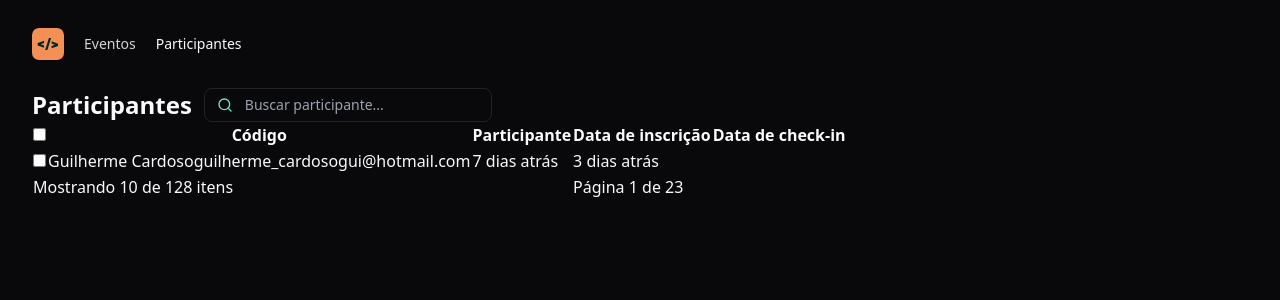
Repository: guilhermecardoso93/nlw-unite-react-2024
Page: /
These files come from the project's save history. The page is drawn as it stood at one moment and after the next save; the edit follows.
The browser window is 1280 px wide. The pictures show the whole page.
The project was rebuilt for these pictures with package versions that can differ from the ones it lists, and the page was loaded fresh each time. Also part of the build but not shown: vite.config.ts.

Above is the page before, as saved 2024-04-01 21:36:40.

### src/App.tsx
import { Header } from "./components/header";
import { AttendeeList } from "./components/attendee-list";

export function App() {

  return (
    <div className="max-w-[1216px] mx-auto py-5 flex flex-col gap-5">
      <Header />
      <AttendeeList />
    </div>
  )
}

### src/components/header.tsx
import Logo from "../assets/nlw-unite-icon.svg";

export function Header() {
  return (
    <div className="flex items-center gap-5 py-2">
      <img src={Logo} alt="logo" />

      <nav className="flex items-center gap-5">
        <a href="" className="font-medium text-sm text-zinc-300">Eventos</a>
        <a href="" className="font-medium text-sm">Participantes</a>
      </nav>
    </div>
  );
}

### src/components/attendee-list.tsx
import { Search } from "lucide-react";

export function AttendeeList() {
  return (
    <div>
      <div className="flex gap-3 items-center">
        <h1 className="text-2xl font-bold">Participantes</h1>
        <div className="px-3 py-1.5 border border-white/10 rounded-lg text-sm w-72 flex items-center gap-3">
          <Search className="size-4 text-emerald-300" />
          <input
            placeholder="Buscar participante..."
            className="bg-transparent flex-1 outline-none"
          />
        </div>
      </div>

      <table>
        <thead>
          <tr>
            <th>
              <input type="checkbox" />
            </th>
            <th>Código</th>
            <th>Participante</th>
            <th>Data de inscrição</th>
            <th>Data de check-in</th>
            <th></th>
          </tr>
        </thead>
        <tbody>
          <tr>
            <td>
              <input type="checkbox" />
            </td>
            <td>
              <div>
                <span>Guilherme Cardoso</span>
                <span>guilherme_cardosogui@hotmail.com</span>
              </div>
            </td>
            <td>7 dias atrás</td>
            <td>3 dias atrás</td>
            <td></td>
          </tr>
        </tbody>
        <tfoot>
          <tr>
            <td colSpan={3}>

              Mostrando 10 de 128 itens
            </td>
            <td colSpan={3}>
              Página 1 de 23
            </td>
          </tr>
        </tfoot>
      </table>
    </div>
  );
}

### tailwind.config.js
/** @type {import('tailwindcss').Config} */
export default {
  content: [
    "./index.html",
    "./src/**/*.{js,ts,jsx,tsx}"
  ],
  theme: {
    extend: {},
  },
  plugins: [
    //require('@tailwindcss/forms')
  ],
}

Loaded but not shown: index.html (common file); src/main.tsx (common file); src/index.css (common file)

After the next save:
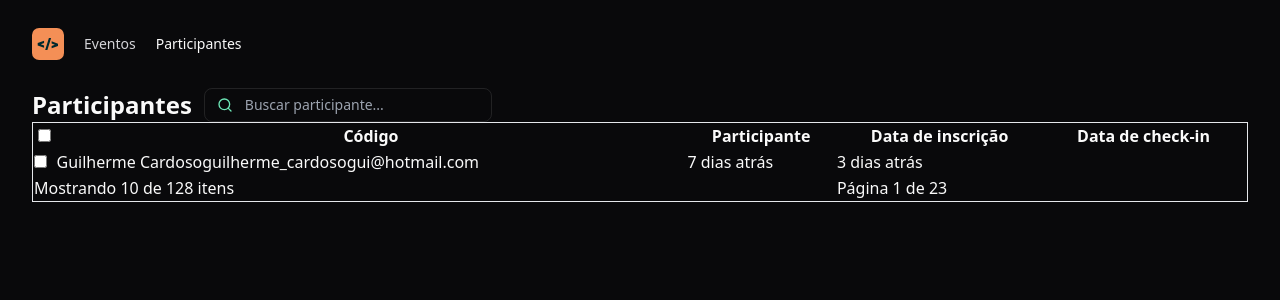
Saved 2 min 24 s later.
--- a/src/components/attendee-list.tsx
+++ b/src/components/attendee-list.tsx
@@ -14,7 +14,7 @@ export function AttendeeList() {
         </div>
       </div>
 
-      <table>
+      <table className='w-full border'>
         <thead>
           <tr>
             <th>
@@ -45,13 +45,8 @@ export function AttendeeList() {
         </tbody>
         <tfoot>
           <tr>
-            <td colSpan={3}>
-
-              Mostrando 10 de 128 itens
-            </td>
-            <td colSpan={3}>
-              Página 1 de 23
-            </td>
+            <td colSpan={3}>Mostrando 10 de 128 itens</td>
+            <td colSpan={3}>Página 1 de 23</td>
           </tr>
         </tfoot>
       </table>
